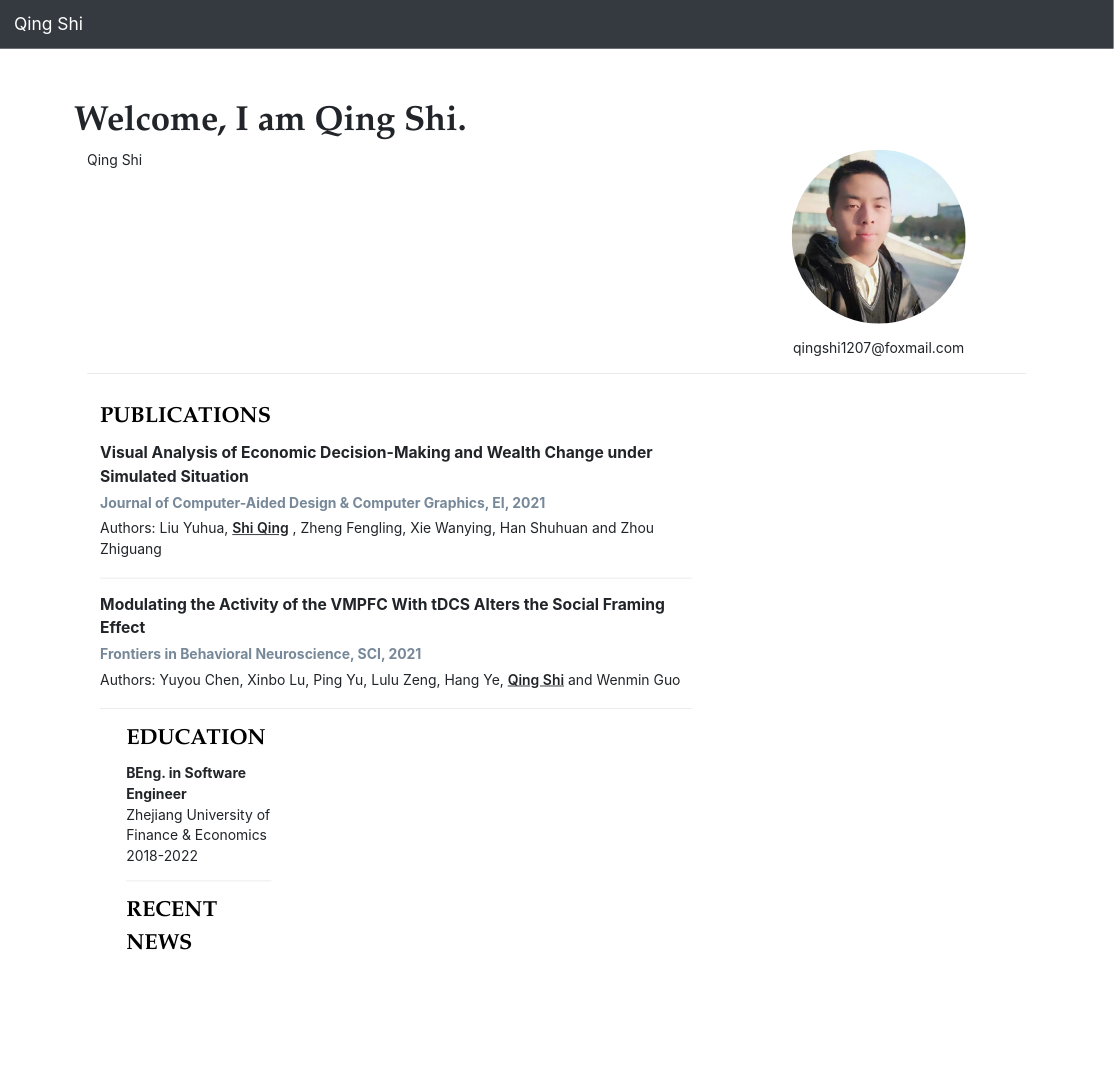
Repository: sqsssq/webpage
Page: index.html
These files come from the project's save history. The page is drawn as it stood at one moment and after the next save; the edit follows.
The browser window is 1280 px wide. The pictures show the whole page, at 87% of full size.
Some web libraries are served in a nearby version.

Above is the page before, as saved 2022-03-28 10:46:50.

After the next save:
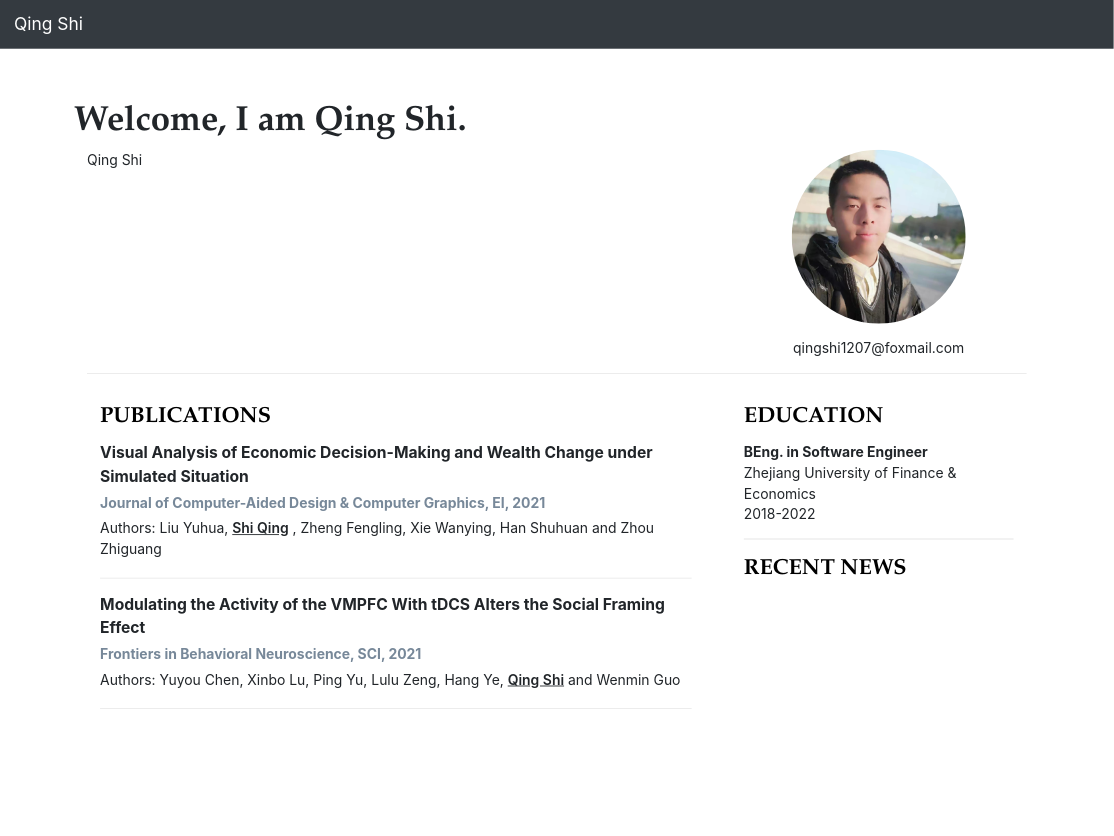
Saved 37 s later.
--- a/index.html
+++ b/index.html
@@ -1,6 +1,6 @@
 <!--
  * @Author: Qing Shi
- * @LastEditTime: 2022-03-28 10:45:51
+ * @LastEditTime: 2022-03-28 10:47:27
  * @Knowledge:
  * @Description: my homepage
  * @Attention:
@@ -86,51 +86,52 @@
                                     </p>
                                 </div>
                             </div>
-                            <hr>
-                            <div class="public">
-                                <div class="row">
-                                    <div class="col"></div>
-                                    <div class="col-12">
-                                        <p class="ptitle">
-                                            Modulating the Activity of the VMPFC With tDCS Alters the Social Framing
-                                            Effect
-                                        </p>
+                        </div>
+                        <hr>
+                        <div class="public">
+                            <div class="row">
+                                <div class="col"></div>
+                                <div class="col-12">
+                                    <p class="ptitle">
+                                        Modulating the Activity of the VMPFC With tDCS Alters the Social Framing
+                                        Effect
+                                    </p>
 
-                                        <p class="pub">
-                                            <span class="full">Frontiers in Behavioral Neuroscience, SCI, 2021</span>
-                                        </p>
-                                        <p class="pauthor">
-                                            <span class="author">Authors:&nbsp;Yuyou Chen, Xinbo Lu, Ping Yu, Lulu Zeng,
-                                                Hang
-                                                Ye,</span>
-                                            <span class="me">Qing Shi</span>
-                                            <span class="author"> and Wenmin Guo</span>
-                                        </p>
-                                    </div>
+                                    <p class="pub">
+                                        <span class="full">Frontiers in Behavioral Neuroscience, SCI, 2021</span>
+                                    </p>
+                                    <p class="pauthor">
+                                        <span class="author">Authors:&nbsp;Yuyou Chen, Xinbo Lu, Ping Yu, Lulu Zeng,
+                                            Hang
+                                            Ye,</span>
+                                        <span class="me">Qing Shi</span>
+                                        <span class="author"> and Wenmin Guo</span>
+                                    </p>
                                 </div>
                             </div>
                         </div>
                     </div>
-                    <hr>
                 </div>
-                <div class="col-lg-4" style="padding-right: 30px;padding-left: 30px;">
-                    <div id="webEducation">
-                        <h3 id="titleFont">
-                            <!-- ::before -->
-                            EDUCATION
-                        </h3>
-                        <a style="font-weight: bold;">BEng. in Software Engineer</a>
-                        <br>
-                        Zhejiang University of Finance & Economics
-                        <br>
-                        2018-2022
-                    </div>
-                    <hr>
-                    <div id="webSkill">
-                        <h3 id="titleFont">RECENT NEWS</h3>
-                    </div>
+                <hr>
+            </div>
+            <div class="col-lg-4" style="padding-right: 30px;padding-left: 30px;">
+                <div id="webEducation">
+                    <h3 id="titleFont">
+                        <!-- ::before -->
+                        EDUCATION
+                    </h3>
+                    <a style="font-weight: bold;">BEng. in Software Engineer</a>
+                    <br>
+                    Zhejiang University of Finance & Economics
+                    <br>
+                    2018-2022
+                </div>
+                <hr>
+                <div id="webSkill">
+                    <h3 id="titleFont">RECENT NEWS</h3>
                 </div>
             </div>
+        </div>
 </body>
 
 </html>
